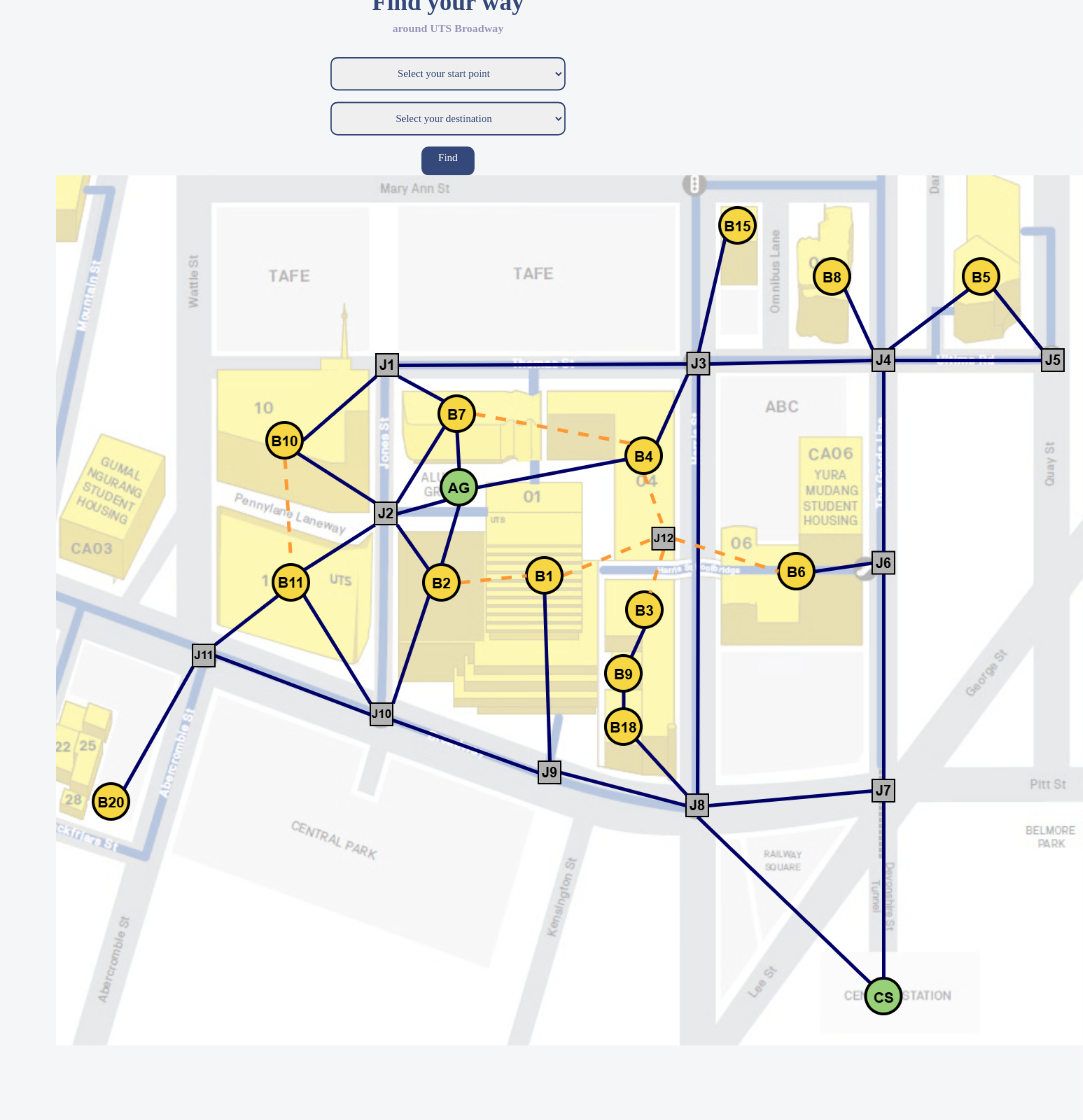
Repository: Meerab-K/uts-wayfinder
Page: html/index.html
The author's editor kept a copy of each file at every save. The page is drawn from the files as they stood at one save, then again after the next save.
The browser window is 1280 px wide. The page is 1547 px wide, then 1280 px, so the pictures cover 1547 px, including what lies to the right of the window. The pictures show the part of the page from y = 909 to 2509 px (the page is 3662 px tall before and 2054 px after), at 70% of full size.
Some web fonts or font styles are not loaded; a fallback is used.

Above is the page before, as saved 2026-10-19 18:43:37.

After the next save:
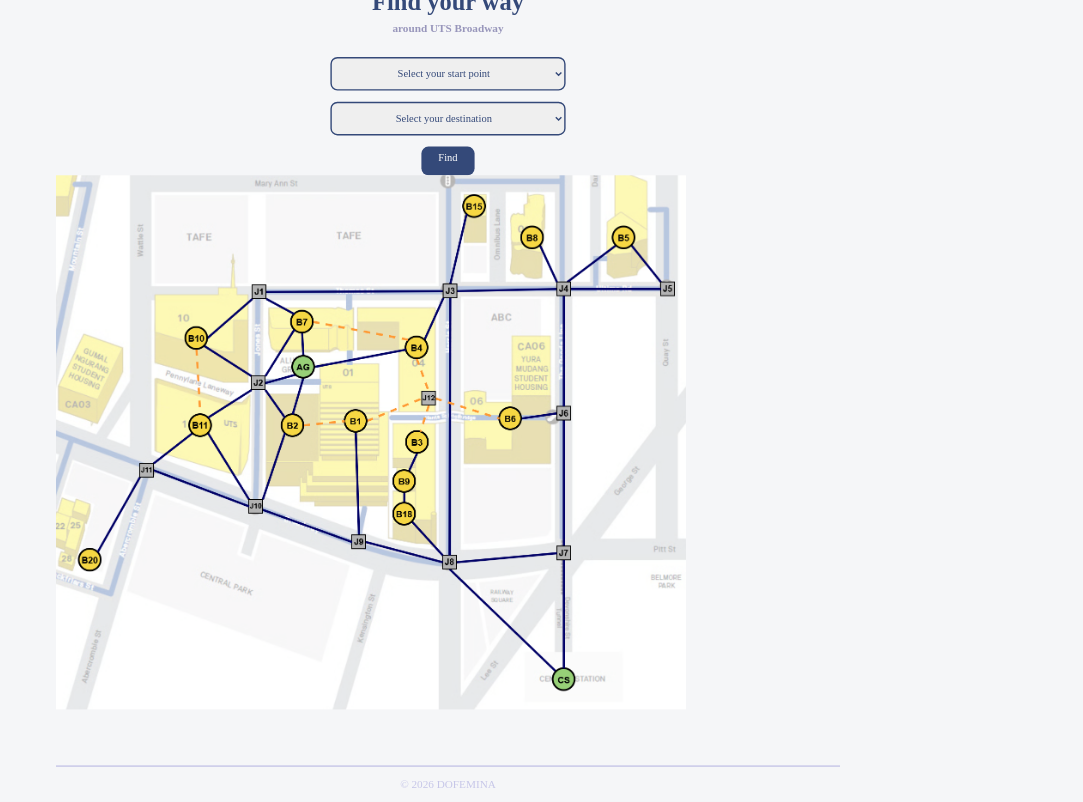
Saved 36 s later.
--- a/css/index.css
+++ b/css/index.css
@@ -80,3 +80,24 @@
     background-origin: var(--highlight-purple);
     color: var(--primary-color);
 }
+
+
+.map-container {
+    position: relative;
+    width: 100%;
+    max-width: 900px;
+}
+
+#campus-map {
+    display: block;
+    width: 100%;
+    height: auto;
+}
+
+#route-overlay {
+    position: absolute;
+    inset: 0;
+    width: 100%;
+    height: 100%;
+    pointer-events: none;
+}
